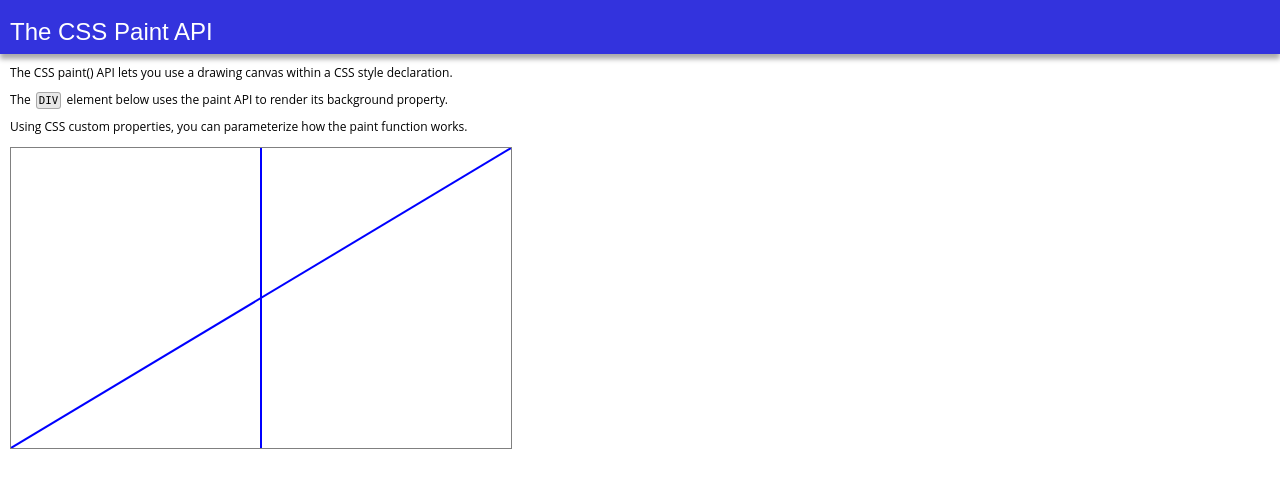
Repository: craig-o-curtis/browser-apis
Page: pages/csspaint.html
An editor plug-in stored every save of this project. The page is shown before and after the next save, followed by the edit.
The browser window is 1280 px wide. The pictures show the whole page.

Above is the page before, as saved 2020-05-17 17:12:34.

After the next save:
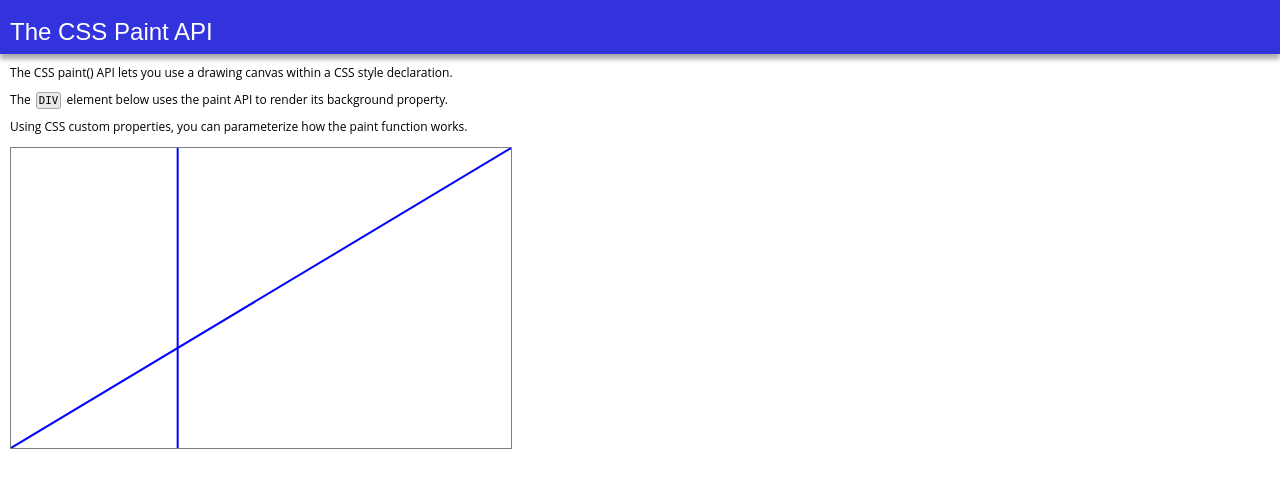
Saved 8 s later.
--- a/pages/csspaint.js
+++ b/pages/csspaint.js
@@ -15,8 +15,8 @@ if (typeof registerPaint !== "undefined") {
       ctx.strokeStyle = color;
 
       ctx.beginPath();
-      ctx.moveTo(size.width/2, 0);
-      ctx.lineTo(size.width/2, size.height);
+      ctx.moveTo(size.width/3, 0);
+      ctx.lineTo(size.width/3, size.height);
     //   ctx.lineTo(size.width, size.height);
       ctx.stroke();
 
